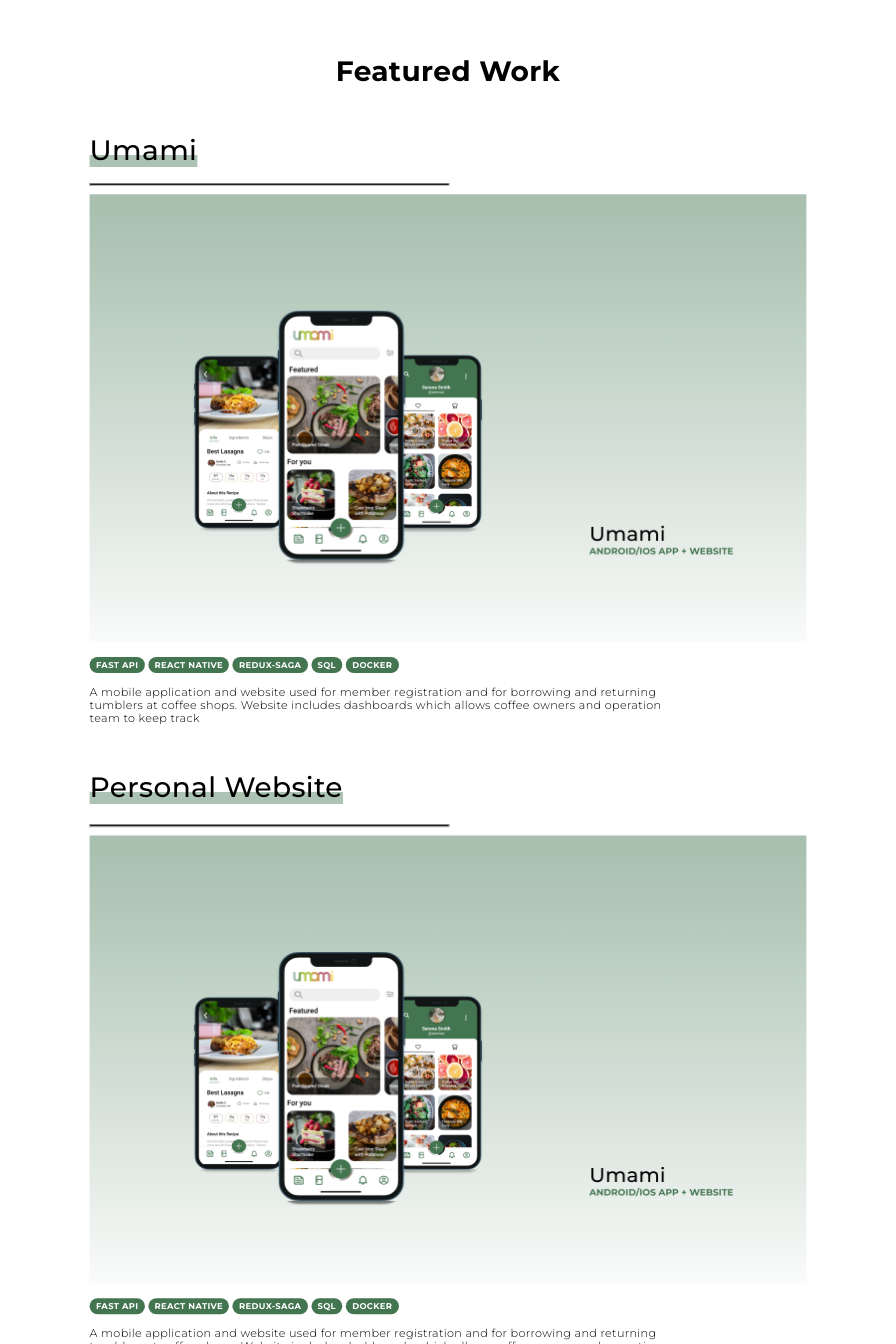
Repository: TangMartin/martintang
Page: index.html
These files come from the project's save history. The page is drawn as it stood at one moment and after the next save; the edit follows.
The browser window is 1280 px wide. The pictures show the part of the page from y = 932 to 2852 px (the page is 2899 px tall before and 2879 px after), at 70% of full size.

Above is the page before, as saved 2021-11-24 21:39:51.

After the next save:
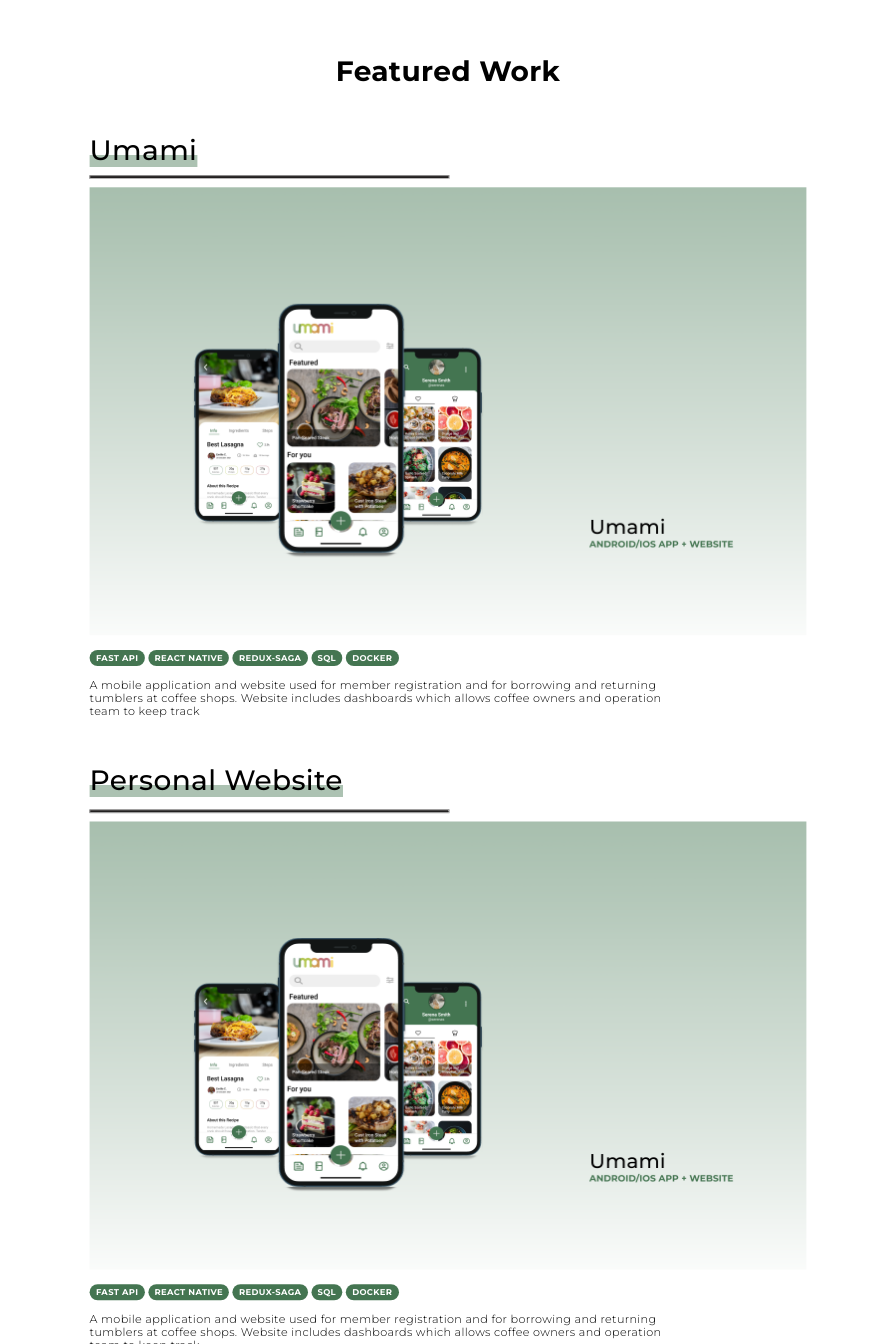
Saved 4 s later.
--- a/styles/style.css
+++ b/styles/style.css
@@ -101,7 +101,7 @@ h3 {
     margin-top: 4rem;
 }
 .work_item h1{
-    margin-bottom: 2%;
+    margin-bottom: 1%;
 }
 .work_image {
     max-width: 100%;
